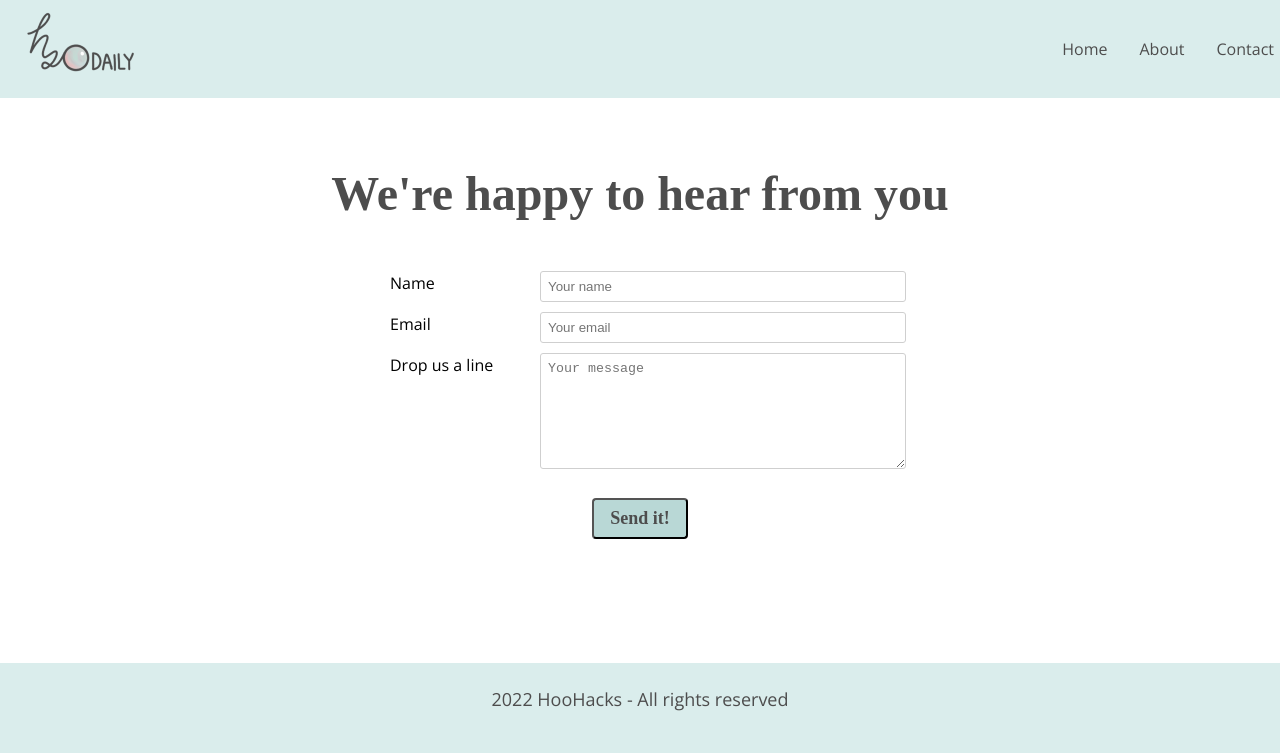
Repository: jennyjjung/H2ODaily
Page: contact.html
These files come from the project's save history. The page is drawn as it stood at one moment and after the next save; the edit follows.
The browser window is 1280 px wide. The pictures show the whole page.
Some web fonts or font styles are not loaded; a fallback is used.

Above is the page before, as saved 2022-03-26 21:08:16.

After the next save:
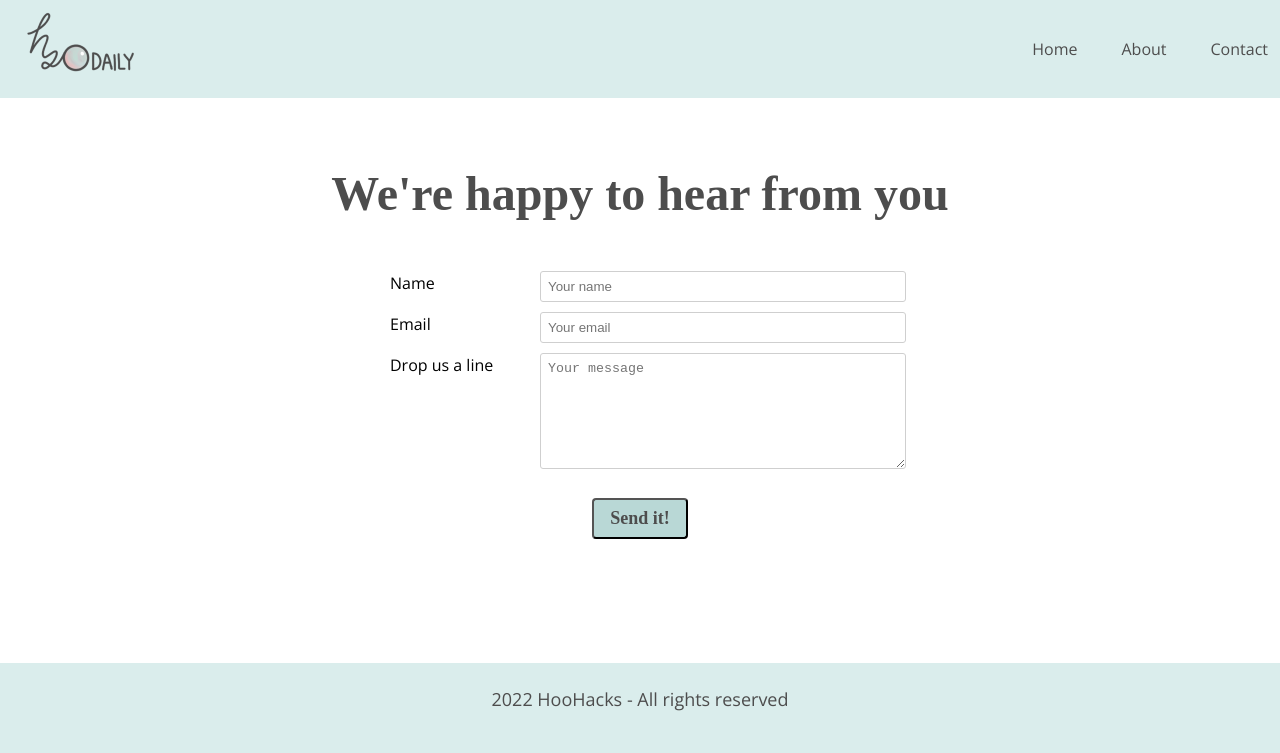
Saved 106 s later.
--- a/style.css
+++ b/style.css
@@ -84,7 +84,7 @@ a {
 
 .navbar__menu__item {
   padding: 8px 12px;
-  margin: 0 4px;
+  margin: 0 10px;
   cursor: pointer;
   border-radius: var(--size-border-radius);
 }
